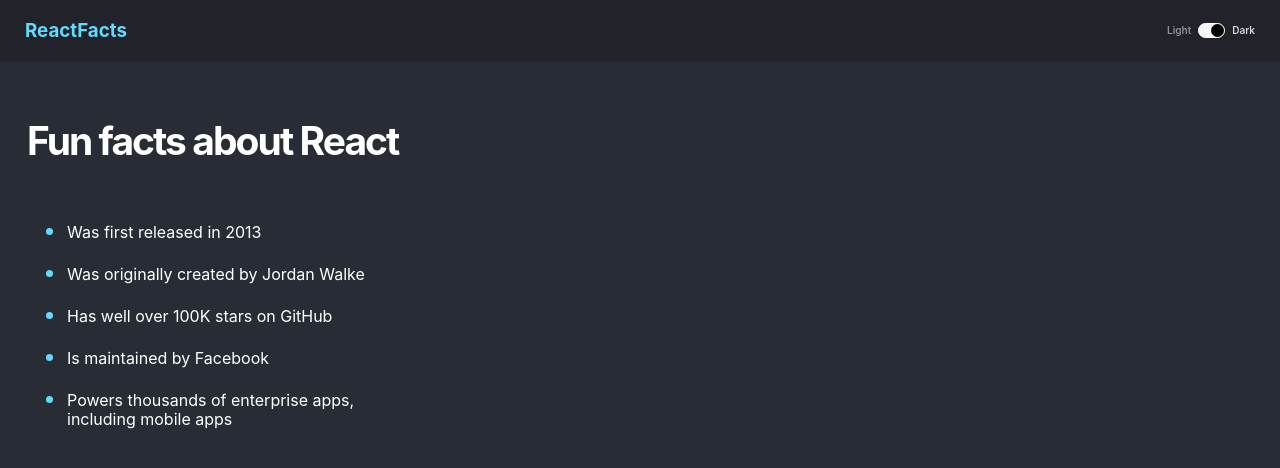
Repository: BuduCE/react_facts
Page: /
These files come from the project's save history. The page is drawn as it stood at one moment and after a run of saves; the edit follows.
The browser window is 1280 px wide. The pictures show the whole page.
The project was rebuilt for these pictures with package versions that can differ from the ones it lists, and the page was loaded fresh each time. Also part of the build but not shown: src/App.css.

Above is the page before, as saved 2022-10-06 23:17:23.

After the next 2 saves:
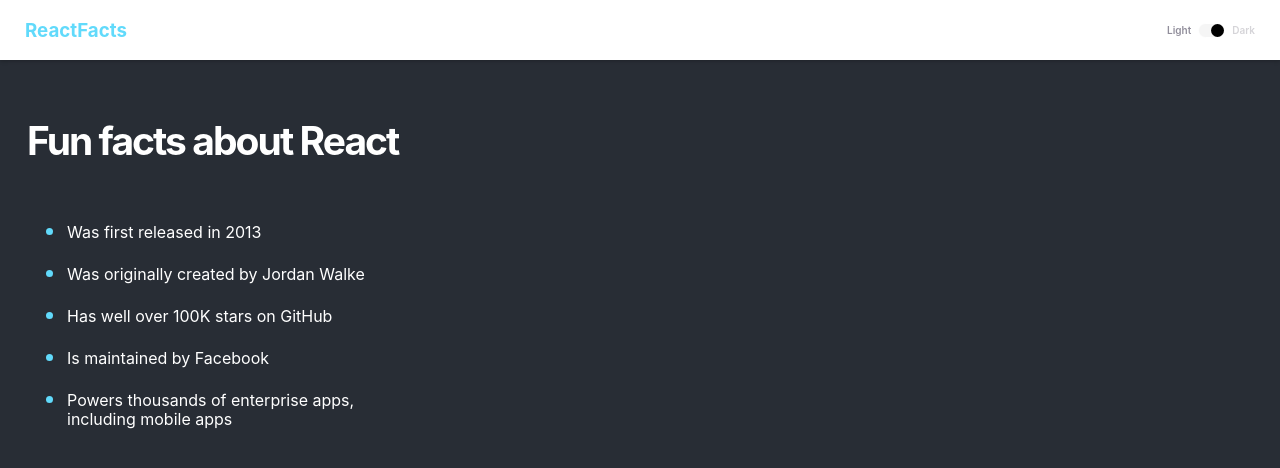
The 2 saves are shown as one change because they came seconds apart.
The last was saved 12 s later.
--- a/src/index.css
+++ b/src/index.css
@@ -40,7 +40,6 @@
 nav {
   display: flex;
   align-items: center;
-  background-color: #ffffff;
   padding: 30px 25px;
   height: 60px;
   box-shadow: 0px 1px 4px rgba(0, 0, 0, 0.25);
@@ -52,7 +51,7 @@
 }
 
 nav.dark {
-  background-color: #21222A;
+  background-color: #ffffff;
 }
 
 .nav--logo_icon {
